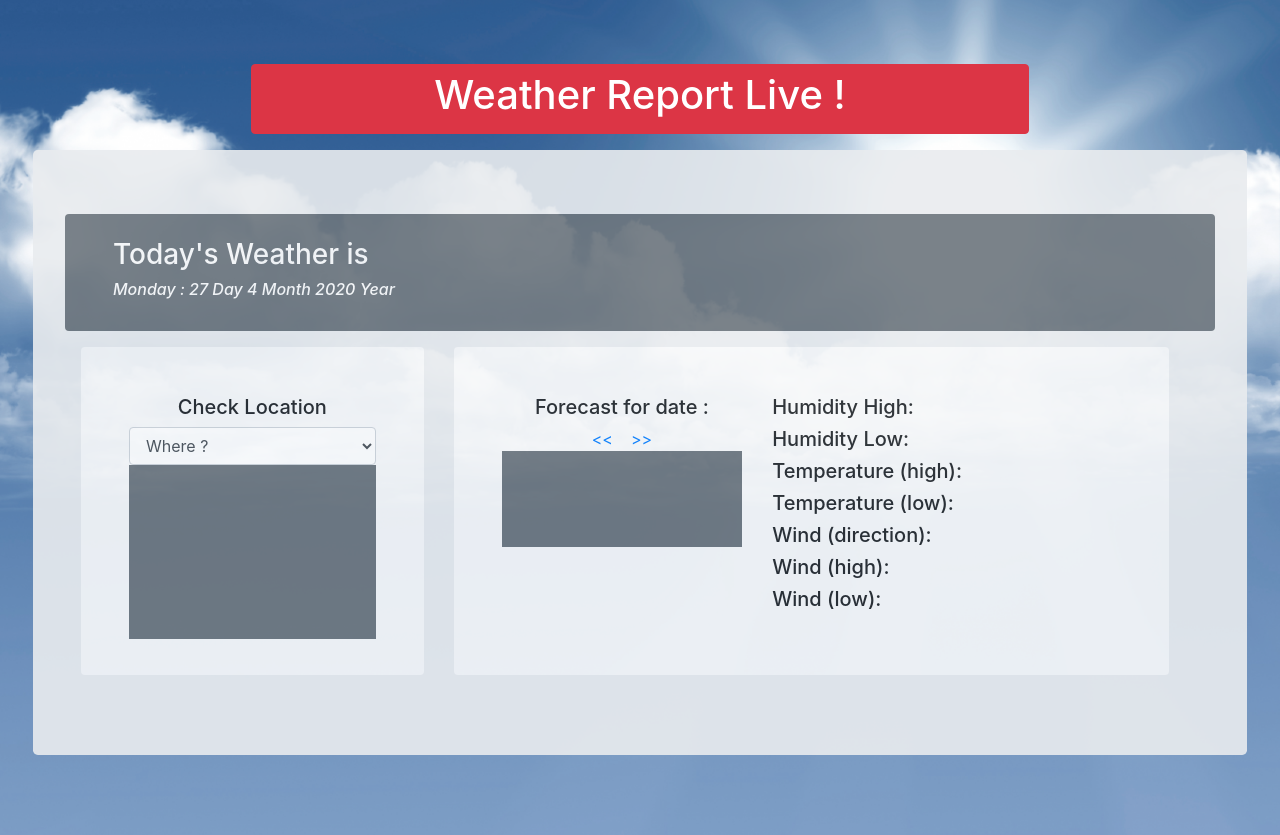
Repository: Code-Institute-Submissions/projectchen88-weatherForecast
Page: index.html
The author's editor kept a record of every edit. The page is drawn from the files as they stood at one moment, then again after the next edit.
The browser window is 1280 px wide. The pictures show the whole page.
The page's requests for data from a server got no answer.

Above is the page before.
Console error (its wording comes from the project's code and is left out).

After the next edit:
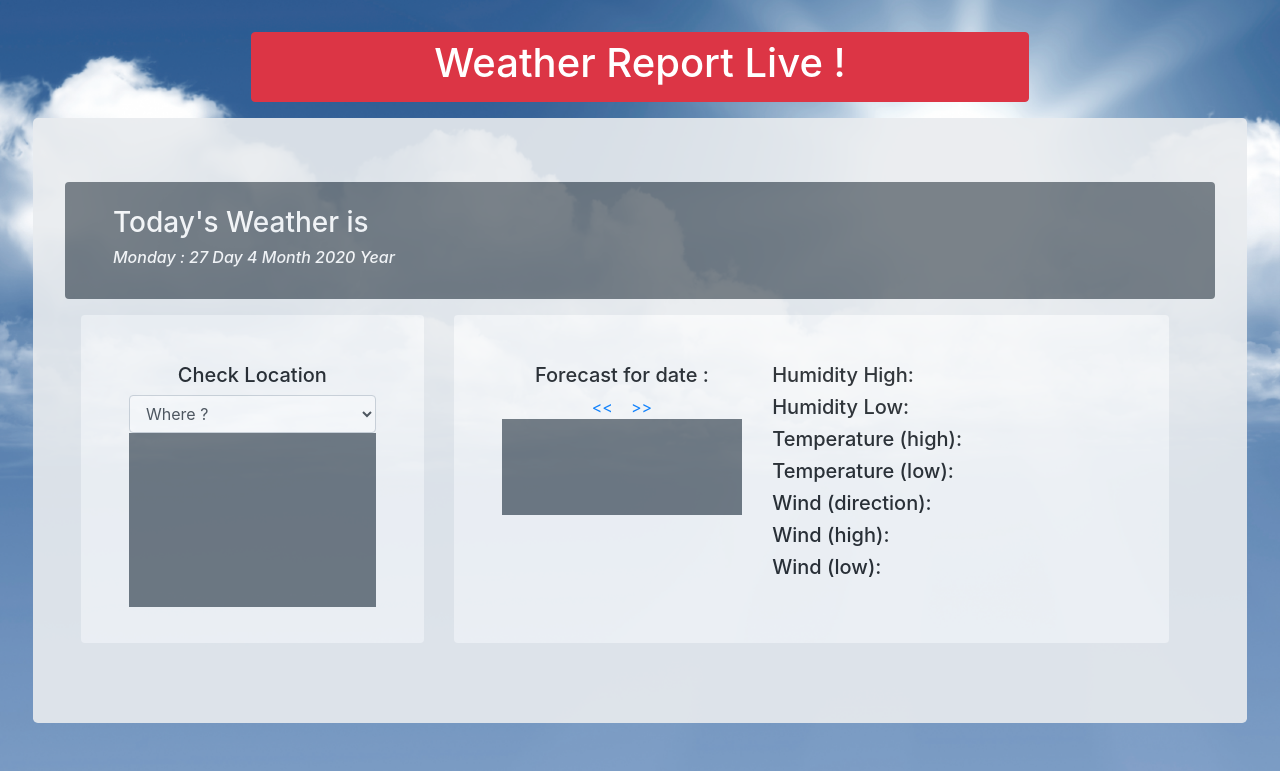
The edit:
--- a/index.html
+++ b/index.html
@@ -17,7 +17,7 @@
 </head>
 
 <body>
-    <main id='main-page' class='container-fluid p-5'>
+    <main id='main-page' class='container-fluid px-5 py-3'>
         <!--Header-->
         <div class="row">
             <div class="col-md-8 col-12 p-3 mx-auto">
